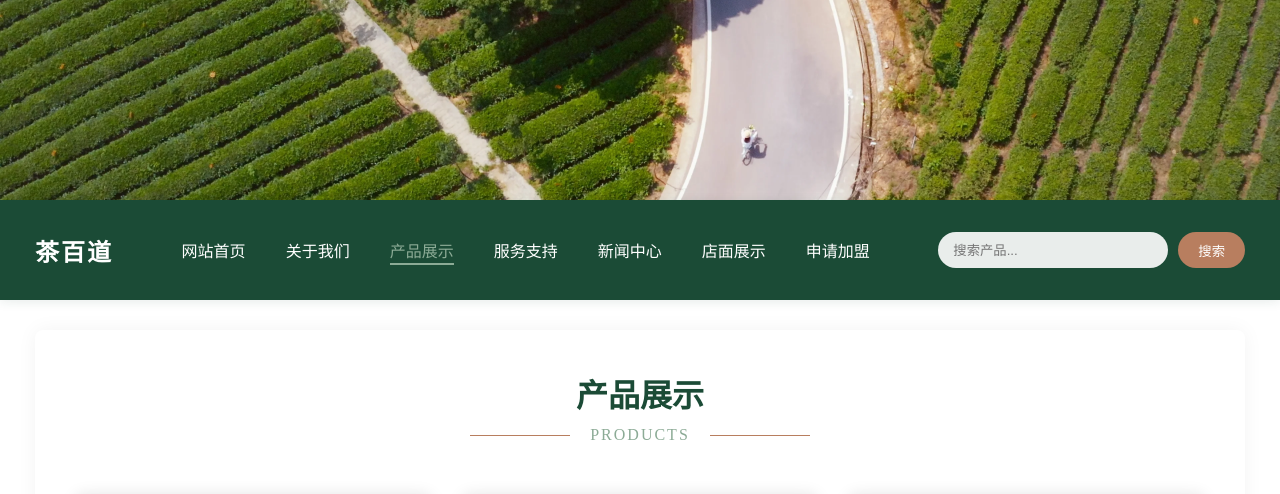
Repository: huang-heavenly-Emperor/chabaidao
Page: products.html
These files come from the project's save history. The page is drawn as it stood at one moment and after the next save; the edit follows.
The browser window is 1280 px wide. The pictures show the part of the page from y = 0 to 494 px (the page is 1728 px tall).
Pictures or frames that could not be fetched are drawn as grey boxes.

Above is the page before, as saved 2024-12-13 18:08:54.

After the next save:
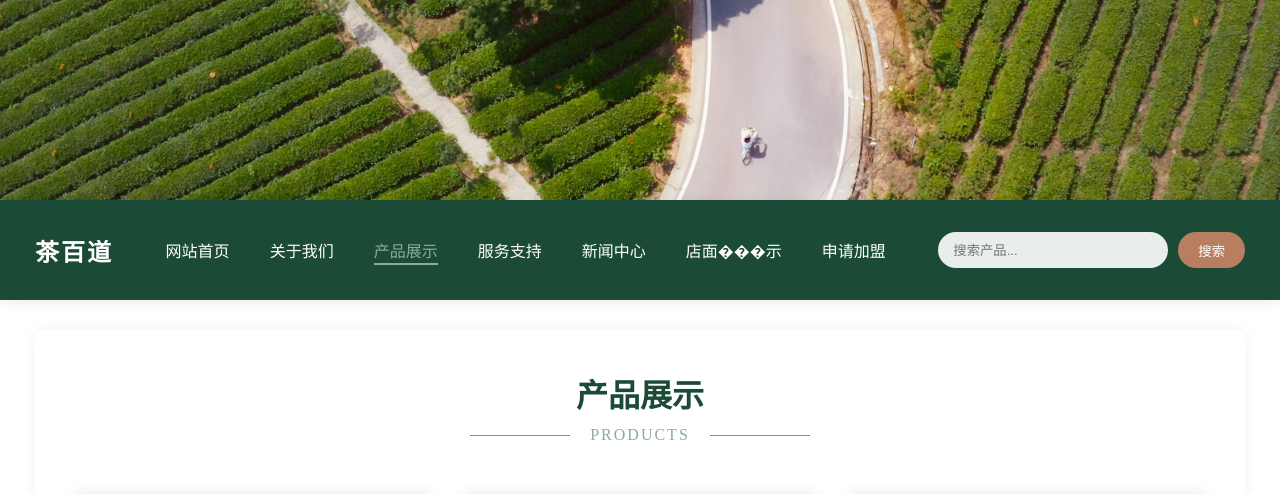
Saved 5 s later.
--- a/products.html
+++ b/products.html
@@ -24,7 +24,7 @@
                     <li><a href="./products.html" class="active">产品展示</a></li>
                     <li><a href="./service.html">服务支持</a></li>
                     <li><a href="./news.html">新闻中心</a></li>
-                    <li><a href="./stores.html">店面展示</a></li>
+                    <li><a href="./stores.html">店面���示</a></li>
                     <li><a href="./join.html">申请加盟</a></li>
                 </ul>
                 <div class="search">
@@ -80,7 +80,7 @@
                     </div>
                     <div class="product-info">
                         <h3>陈年普洱</h3>
-                        <p class="product-desc">云南普洱陈茶，醇厚绵长，越陈越香，回甘持久。</p>
+                        <p class="product-desc">云南普洱��茶，醇厚绵长，越陈越香，回甘持久。</p>
                         <div class="product-price">¥588 <small>¥688</small></div>
                     </div>
                 </div>
@@ -127,9 +127,7 @@
                 <p>营业时间：周一至周日 9:00-21:00</p>
             </div>
         </div>
-        <div class="back-top">
-            <i class="iconfont icon-arrow-up"></i>
-        </div>
+        <div class="back-top"></div>
     </footer>
 
     <script src="js/back-to-top.js"></script>
